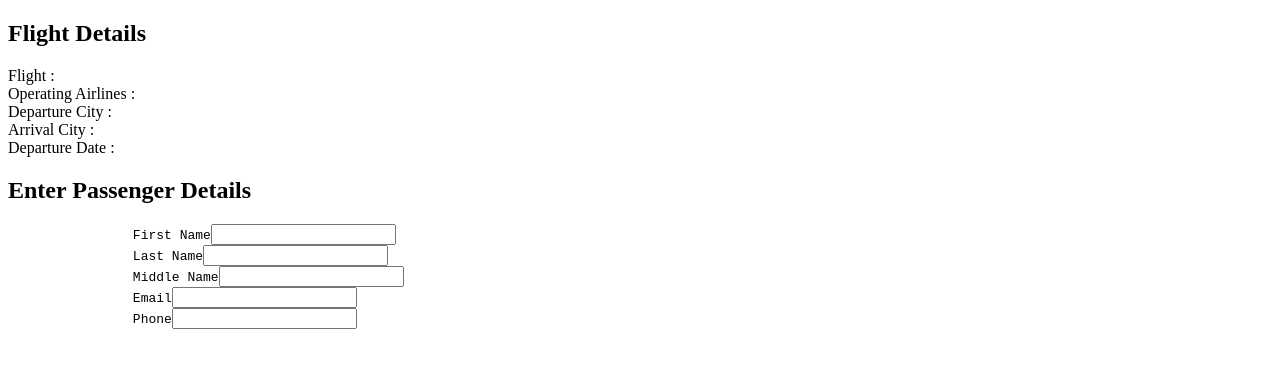
Repository: Jitu2319/Spring-Boot-repository
Page: http://localhost/Flight_Reservation_app/WEB-INF/jsps/showreservation.jsp
The author's editor kept a copy of each file at every save. The page is drawn from the files as they stood at one save, then again after the next save.
The browser window is 1280 px wide. The pictures show the whole page.
The page is served by Tomcat 9. Nobody is signed in. Other server files are loaded and not shown. The template is opened directly, without the code that normally fills it, so the values that code supplies are empty.

Above is the page before, as saved 2022-08-27 16:16:25.

### Flight_Reservation_app/src/main/webapp/WEB-INF/jsps/showreservation.jsp
<%@ page language="java" contentType="text/html; charset=ISO-8859-1"
	pageEncoding="ISO-8859-1"%>
<!DOCTYPE html>
<html>
<head>
<meta charset="ISO-8859-1">
<title>Reservation Details</title>
</head>
<body>
	<h2>Flight Details</h2>
	Flight :${flight.flightNumber}
	</br> Operating Airlines :${flight.operatingAirlines}
	</br> Departure City :${flight.departureCity}
	</br> Arrival City :${flight.arrivalCity}
	</br> Departure Date :${flight.dateOfDeparture}
	</br>
	<h2>Enter Passenger Details</h2>

	<form>
		<pre>
		First Name<input type="text" name="firstName" />
		Last Name<input type="text" name="lastName" />
		Middle Name<input type="text" name="middleName" />
		Email<input type="text" name="Email" />
		Phone<input type="text" name="phone" />

		</pre>
	</form>
</body>
</html>

After the next save:
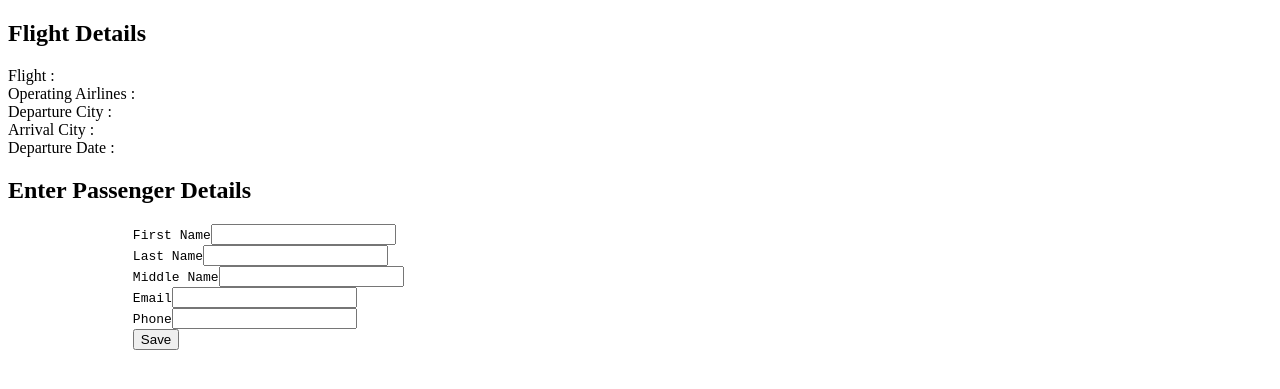
Saved 26 s later.
--- a/Flight_Reservation_app/src/main/webapp/WEB-INF/jsps/showreservation.jsp
+++ b/Flight_Reservation_app/src/main/webapp/WEB-INF/jsps/showreservation.jsp
@@ -23,6 +23,7 @@
 		Middle Name<input type="text" name="middleName" />
 		Email<input type="text" name="Email" />
 		Phone<input type="text" name="phone" />
+		<input type="submit" value="Save" />
 
 		</pre>
 	</form>
